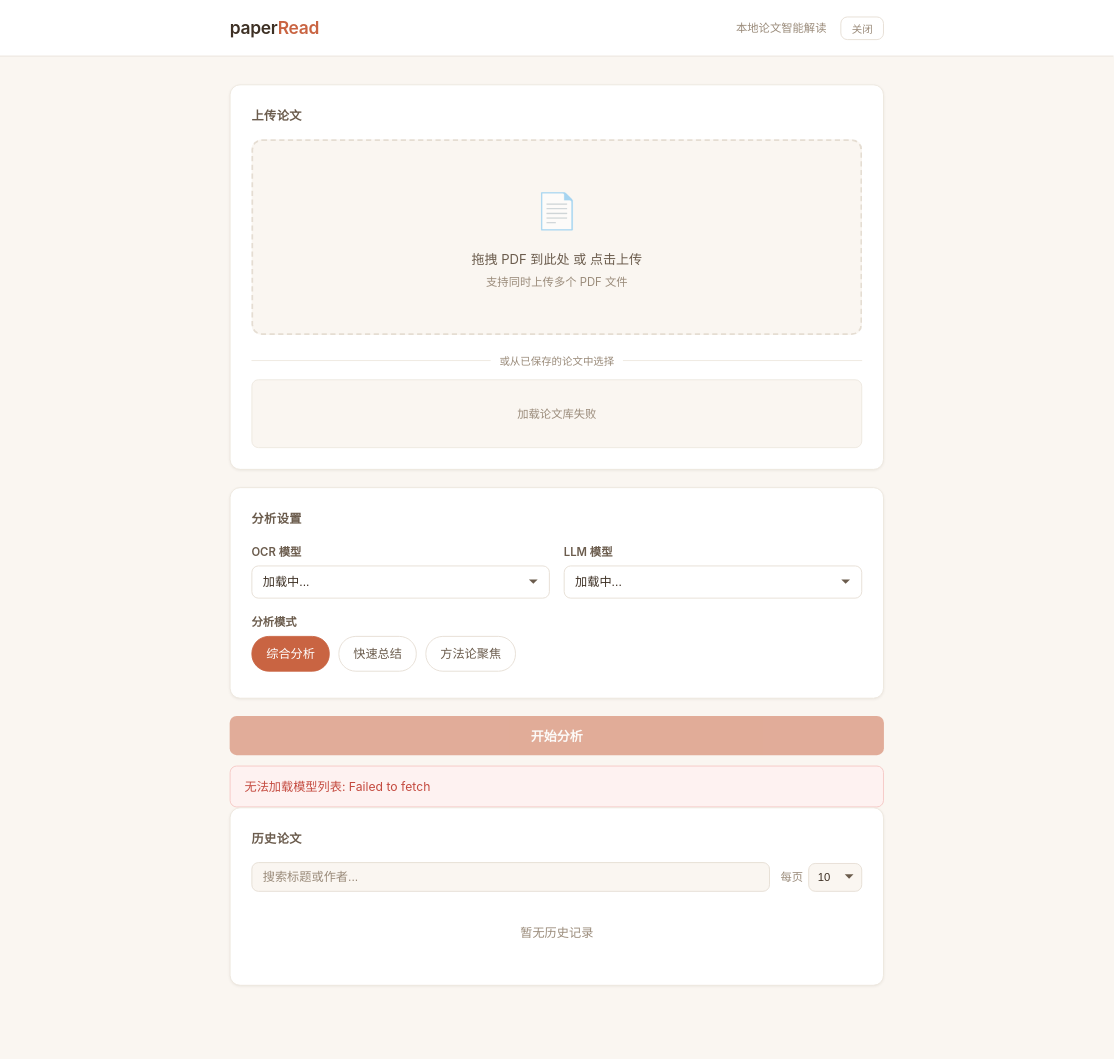
Repository: Skywarder0409/paperRead
Page: src/web/static/index.html
These files come from the project's save history. The page is drawn as it stood at one moment and after the next save; the edit follows.
The browser window is 1280 px wide. The pictures show the whole page, at 87% of full size.
The page's requests for data from a server got no answer.

Above is the page before, as saved 2026-02-06 16:12:17.

After the next save:
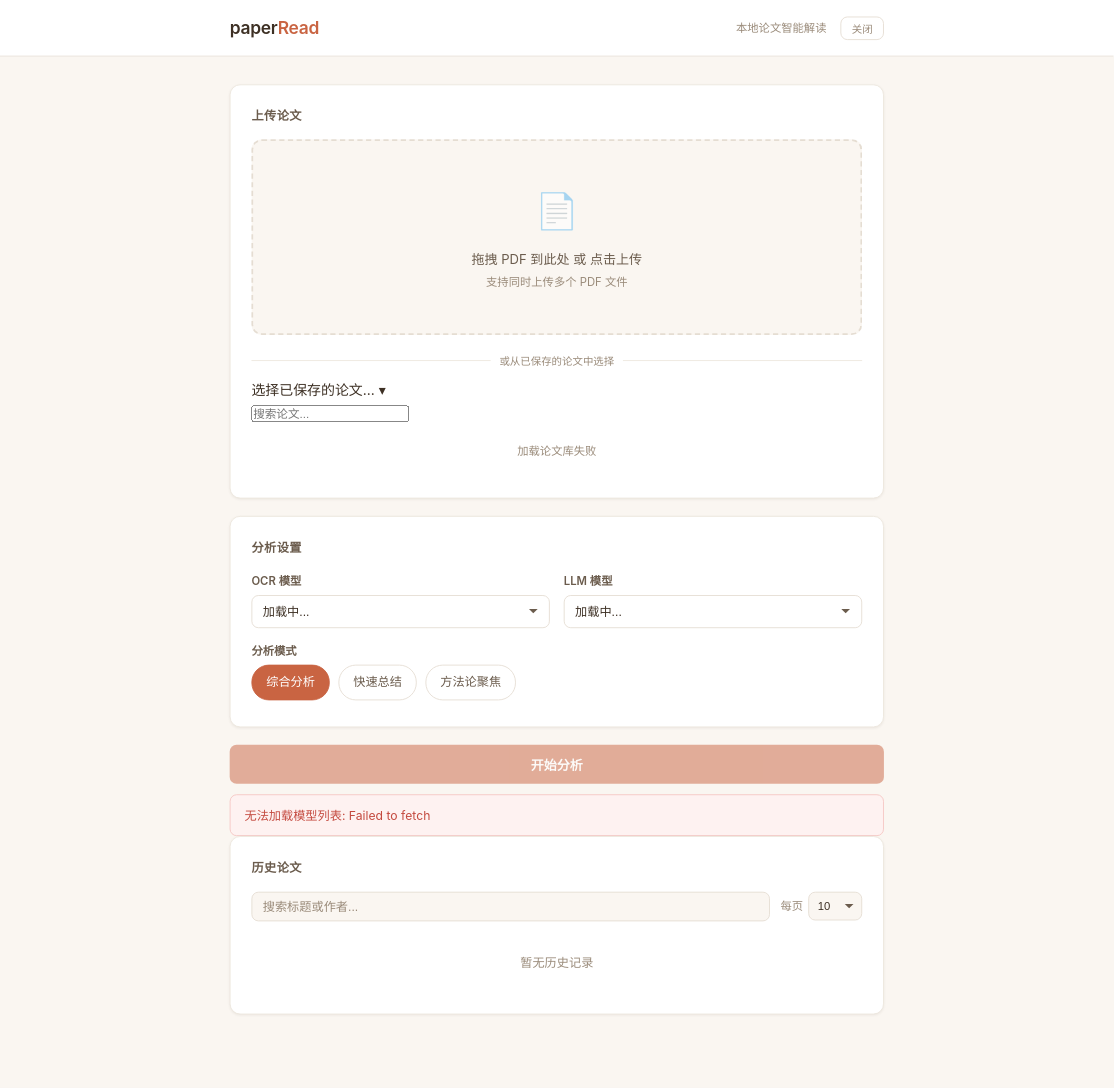
Saved 108 s later.
--- a/src/web/static/index.html
+++ b/src/web/static/index.html
@@ -1,11 +1,13 @@
 <!DOCTYPE html>
 <html lang="zh-CN">
+
 <head>
     <meta charset="UTF-8">
     <meta name="viewport" content="width=device-width, initial-scale=1.0">
     <title>paperRead - 本地论文智能解读</title>
     <link rel="stylesheet" href="/static/style.css">
 </head>
+
 <body>
     <header class="header">
         <div class="header-inner">
@@ -32,8 +34,19 @@
             <div class="file-list" id="fileList"></div>
 
             <div class="papers-divider">或从已保存的论文中选择</div>
-            <div class="papers-library" id="papersLibrary">
-                <div class="papers-library-status">加载中...</div>
+            <div class="papers-dropdown" id="papersDropdown">
+                <div class="papers-dropdown-header" id="papersDropdownHeader">
+                    <span class="papers-dropdown-placeholder">选择已保存的论文...</span>
+                    <span class="papers-dropdown-arrow">&#9662;</span>
+                </div>
+                <div class="papers-dropdown-content" id="papersDropdownContent">
+                    <div class="papers-dropdown-search">
+                        <input type="text" id="libSearchInput" placeholder="搜索论文...">
+                    </div>
+                    <div class="papers-dropdown-list" id="papersLibrary">
+                        <div class="papers-library-status">加载中...</div>
+                    </div>
+                </div>
             </div>
         </div>
 
@@ -128,4 +141,5 @@
 
     <script src="/static/app.js?v=4"></script>
 </body>
+
 </html>
